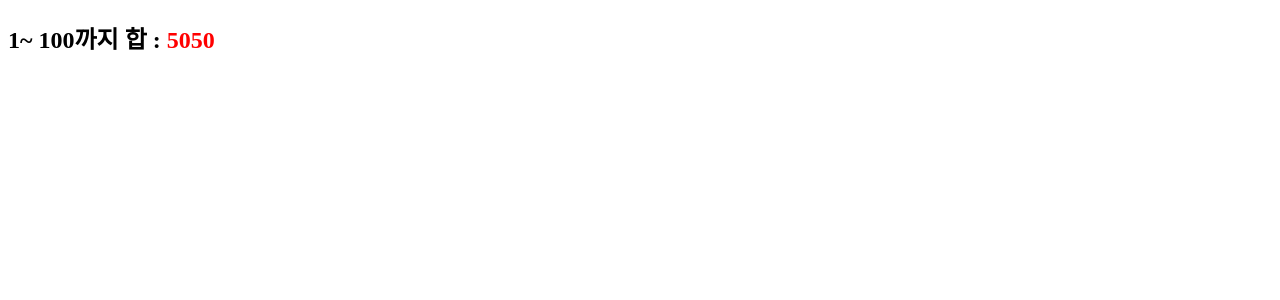
Repository: LTaeHoon/javajsp_ncs
Page: http://localhost/chap01_Jsp_Servlet/jsp/jspTest02.jsp
An editor plug-in stored every save of this project. The page is shown before and after the next save, followed by the edit.
The browser window is 1280 px wide. The pictures show the whole page.
The page is served by Tomcat 9.

Above is the page before, as saved 2017-01-11 01:24:55.

After the next save:
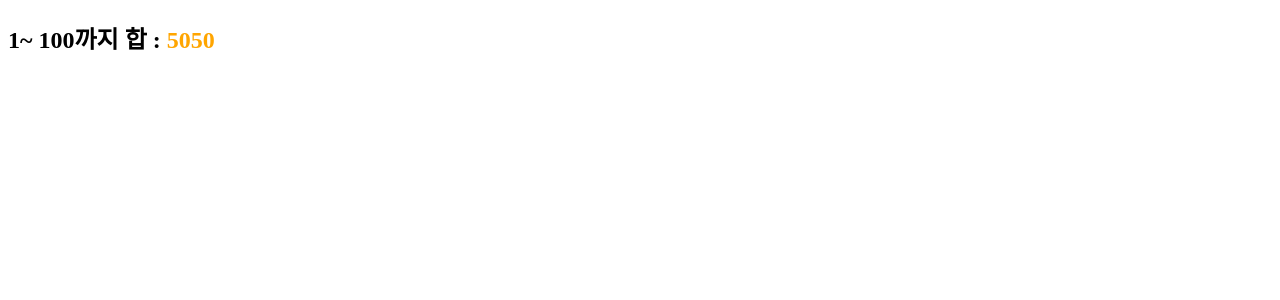
Saved 33 s later.
--- a/chap01_Jsp_Servlet/WebContent/jsp/jspTest02.jsp
+++ b/chap01_Jsp_Servlet/WebContent/jsp/jspTest02.jsp
@@ -15,6 +15,6 @@
 	}
 %>
 <body>
-	<h2> 1~ 100까지 합 : <font color = "red"><%=sum %></font></h2>
+	<h2> 1~ 100까지 합 : <font color = "orange"><%=sum %></font></h2>
 </body>
 </html>
